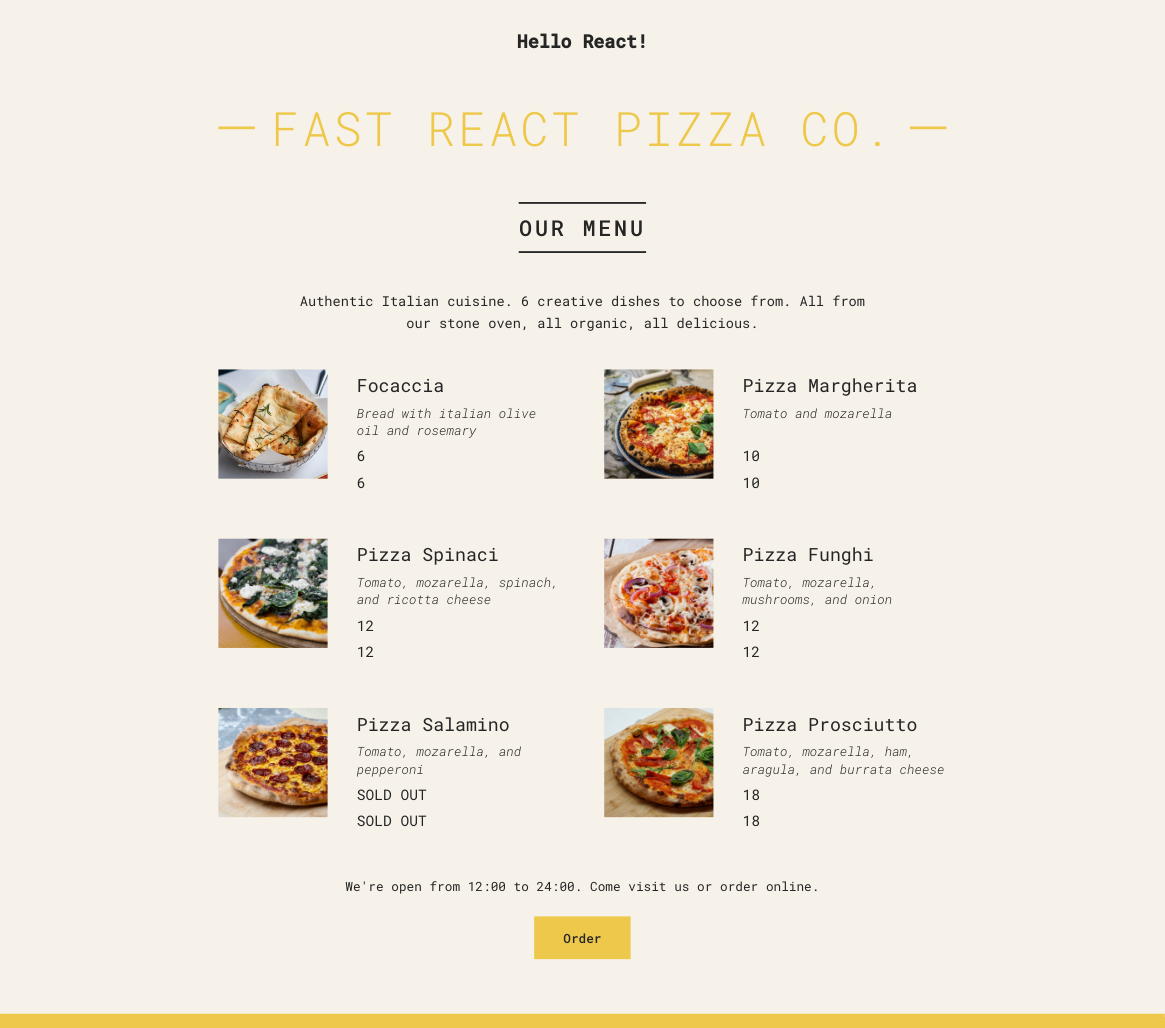
Repository: Alphosmart/03_pizza-menu
Page: /
These files come from the project's save history. The page is drawn as it stood at one moment and after the next save; the edit follows.
The browser window is 1280 px wide. The pictures show the whole page, at 91% of full size.
The project was rebuilt for these pictures with package versions that can differ from the ones it lists, and the page was loaded fresh each time.

Above is the page before, as saved 2024-06-18 00:48:08.

### src/index.js
import React from "react";
import ReactDOM from "react-dom/client";
import "./index.css";
const pizzaData = [
  {
    name: "Focaccia",
    ingredients: "Bread with italian olive oil and rosemary",
    price: 6,
    photoName: "pizzas/focaccia.jpg",
    soldOut: false,
  },
  {
    name: "Pizza Margherita",
    ingredients: "Tomato and mozarella",
    price: 10,
    photoName: "pizzas/margherita.jpg",
    soldOut: false,
  },
  {
    name: "Pizza Spinaci",
    ingredients: "Tomato, mozarella, spinach, and ricotta cheese",
    price: 12,
    photoName: "pizzas/spinaci.jpg",
    soldOut: false,
  },
  {
    name: "Pizza Funghi",
    ingredients: "Tomato, mozarella, mushrooms, and onion",
    price: 12,
    photoName: "pizzas/funghi.jpg",
    soldOut: false,
  },
  {
    name: "Pizza Salamino",
    ingredients: "Tomato, mozarella, and pepperoni",
    price: 15,
    photoName: "pizzas/salamino.jpg",
    soldOut: true,
  },
  {
    name: "Pizza Prosciutto",
    ingredients: "Tomato, mozarella, ham, aragula, and burrata cheese",
    price: 18,
    photoName: "pizzas/prosciutto.jpg",
    soldOut: false,
  },
];
function App() {
  return (
    <div className="container">
      <h1>Hello React!</h1>
      <Header />
      <Menu />
      <Footer />
    </div>
  );
}
function Header() {
  // const style = { color: "red", fontSize: "48px", textTransform: "Uppercase" };
  const style = {};
  return (
    <header className="header">
      <h1 style={style}>Fast React Pizza Co.</h1>
    </header>
  );
}
function Menu() {
  const pizzas = pizzaData;
  // const pizzas = [];
  const numPizzas = pizzas.length;
  return (
    <main className="menu">
      <h2>Our Menu</h2>

      {numPizzas > 0 ? (
        <>
          <p>
            Authentic Italian cuisine. 6 creative dishes to choose from. All
            from our stone oven, all organic, all delicious.
          </p>
          <ul className="pizzas">
            {pizzas.map((pizza) => (
              <Pizza pizzaObj={pizza} key={pizza.name} />
            ))}
          </ul>
        </>
      ) : (
        <p>We are still working on our menu. Please come back later</p>
      )}
      {/* <Pizza
        name="Pizza Spinaci"
        ingredients="Tomato, mozarella, spinach, and ricotta cheese"
        photoName="pizzas/spinaci.jpg"
        price={10}
      />
      <Pizza
        name="Pizza Funghi"
        ingredients="Tomato, mushrooms"
        price={12}
        photoName="pizzas/funghi.jpg"
      /> */}
    </main>
  );
}
function Pizza({ pizzaObj }) {
  console.log(pizzaObj);
  // if (pizzaObj.soldOut) return null;
  return (
    <li className="pizza">
      <img src={pizzaObj.photoName} alt={pizzaObj.name} />
      <div>
        <h3>{pizzaObj.name}</h3>
        <p>{pizzaObj.ingredients}</p>

        {pizzaObj.soldOut ? (
          <span>SOLD OUT</span>
        ) : (
          <span>{pizzaObj.price}</span>
        )}

        <span>{pizzaObj.soldOut ? "SOLD OUT" : pizzaObj.price}</span>
      </div>
    </li>
  );
}
function Footer() {
  const hour = new Date().getHours();
  const openHour = 12;
  const closeHour = 24;
  const isOpen = hour >= openHour && hour <= closeHour;
  console.log(isOpen);
  // if (hour >= openHour && hour <= closeHour) alert("We're currently open!");
  // else alert("Sorry We're closed!");
  // if (isOpen) return <p>Closed</p>;
  return (
    <footer className="footer">
      {isOpen ? (
        <Order closeHour={closeHour} openHour={openHour} />
      ) : (
        <p>
          We are happy to welcome you between {openHour}:00 and {closeHour}:00
        </p>
      )}
    </footer>
  );
  // return React.createElement("footer", null, "We're currently open!");
}
function Order({ closeHour, openHour }) {
  return (
    <div className="order">
      <p>
        We're open from {openHour}:00 to {closeHour}:00. Come visit us or order
        online.
      </p>
      <button className="btn">Order</button>
    </div>
  );
}
// React v18
const root = ReactDOM.createRoot(document.getElementById("root"));
root.render(
  <React.StrictMode>
    <App />
  </React.StrictMode>
); // or root.render<App />);
//React before v18
// React.render(<App />, document.getElementById("root"));

Loaded but not shown: public/index.html (common file); src/index.css (common file)

After the next save:
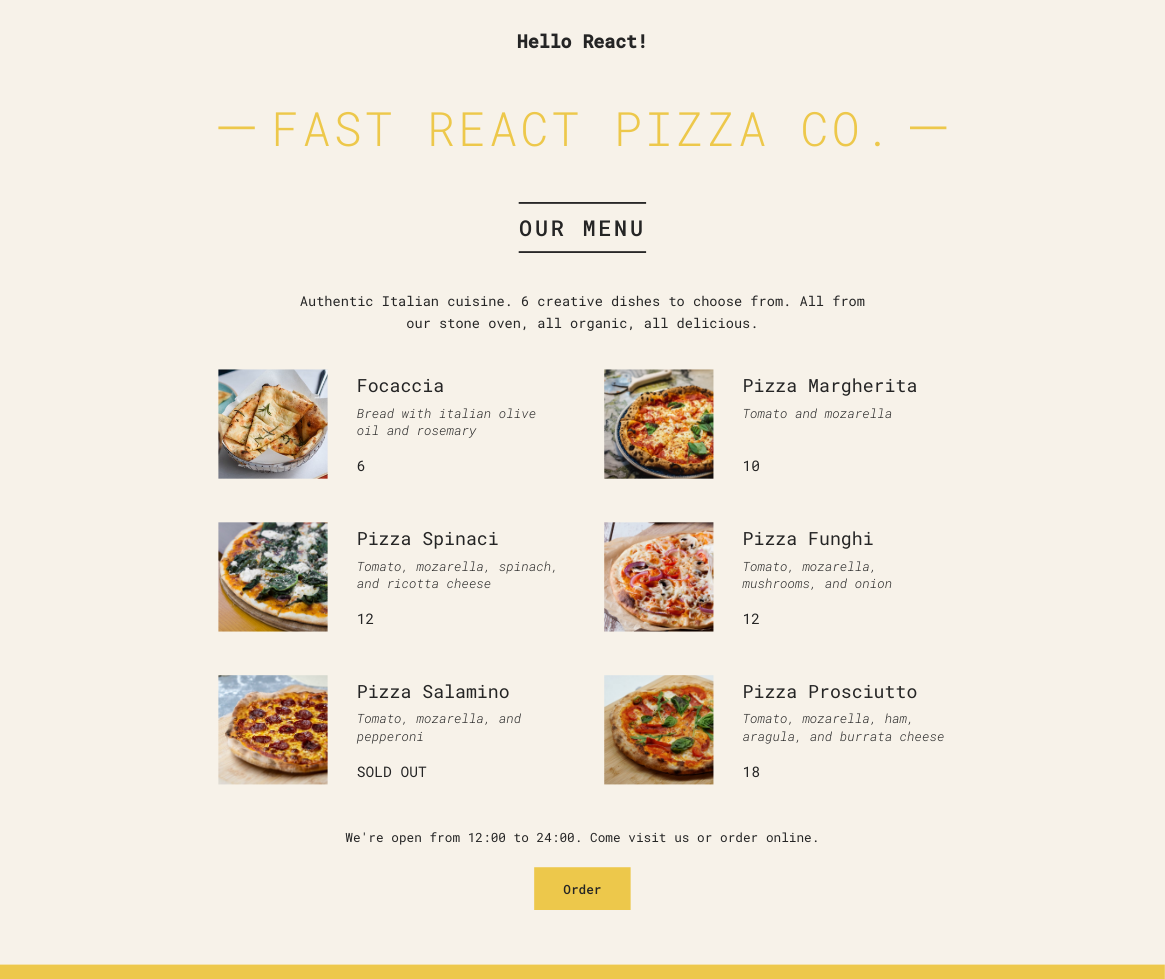
Saved 50 s later.
--- a/src/index.js
+++ b/src/index.js
@@ -112,11 +112,11 @@ function Pizza({ pizzaObj }) {
         <h3>{pizzaObj.name}</h3>
         <p>{pizzaObj.ingredients}</p>
 
-        {pizzaObj.soldOut ? (
+        {/* {pizzaObj.soldOut ? (
           <span>SOLD OUT</span>
         ) : (
           <span>{pizzaObj.price}</span>
-        )}
+        )} */}
 
         <span>{pizzaObj.soldOut ? "SOLD OUT" : pizzaObj.price}</span>
       </div>
